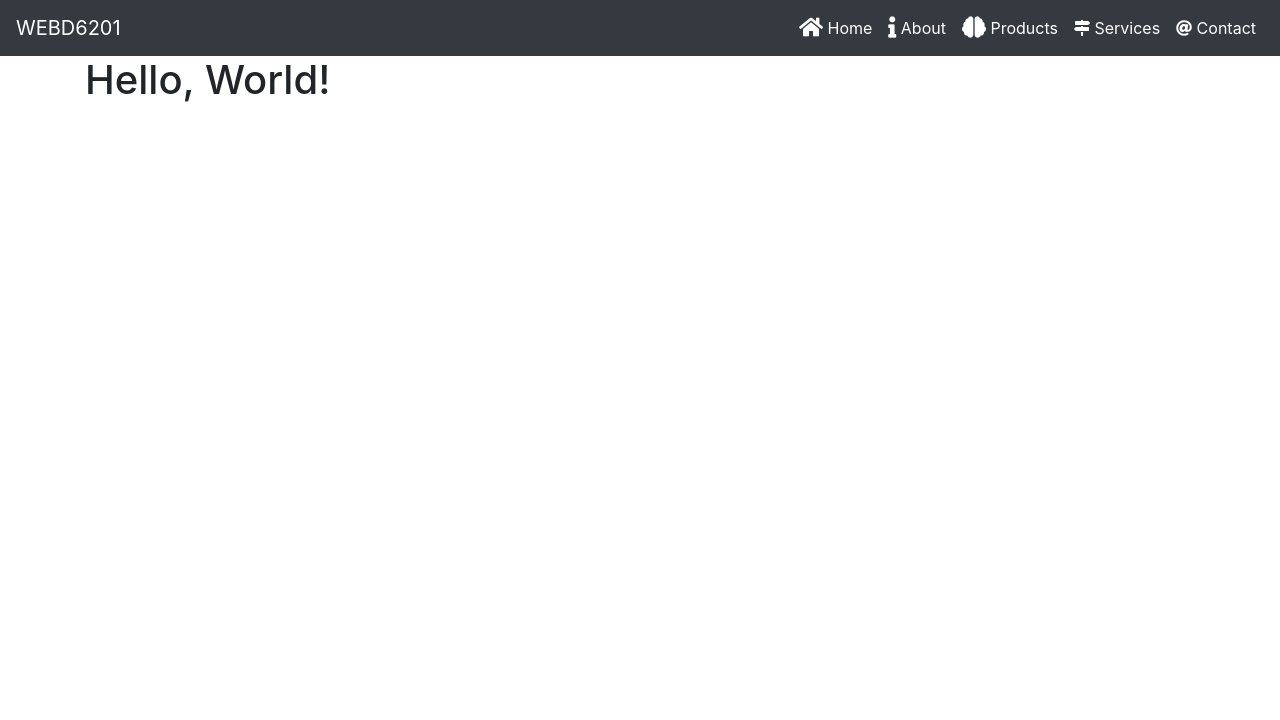
Repository: deividwsantoss/WEBD6201-W2021-Week1-lab1
Page: index.html
These files come from the project's save history. The page is drawn as it stood at one moment and after the next save; the edit follows.
The browser window is 1280 px wide. The pictures show the whole page.

Above is the page before, as saved 2021-02-01 20:35:41.

### index.html
<!DOCTYPE html>
<html lang="en">
<head>
    <meta charset="UTF-8">
    <meta name="viewport" content="width=device-width, initial-scale=1.0">
    <title>Hello, World!</title>
    <!-- CSS SEction -->
    <link rel="stylesheet" href="./node_modules/bootstrap/dist/css/bootstrap.min.css">
    <link rel="stylesheet" href="./node_modules/@fortawesome/fontawesome-free/css/all.min.css">
    <link rel="stylesheet" href="./Content/app.css">
</head>
<body>
    <!-- Main Nav -->
    <header>
    <nav class="navbar navbar-expand-lg navbar-dark bg-dark">
        <a class="navbar-brand" href="#">WEBD6201</a>
        <button class="navbar-toggler" type="button" data-toggle="collapse" data-target="#navbarSupportedContent" aria-controls="navbarSupportedContent" aria-expanded="false" aria-label="Toggle navigation">
          <span class="navbar-toggler-icon"></span>
        </button>
        <div class="collapse navbar-collapse" id="navbarSupportedContent">
          <ul class="navbar-nav ml-auto">

            <li class="nav-item">
              <a class="nav-link active" href="#"><i class="fas fa-home fa-lg"></i> Home <span class="sr-only">(current)</span></a>
            </li>

            <li class="nav-item ">
                <a class="nav-link active" href="#"><i class="fas fa-info fa-lg"></i> About  <span class="sr-only">(current)</span></a>
            </li>
            <li class="nav-item ">
                <a class="nav-link active" href="#"><i class="fas fa-brain fa-lg"></i> Products  <span class="sr-only">(current)</span></a>
            </li>
            <li class="nav-item ">
                <a class="nav-link active" href="#"><i class="fas fa-map-signs"></i> Services  <span class="sr-only">(current)</span></a>
            </li>
            <li class="nav-item ">
                <a class="nav-link active" href="#"><i class="fas fa-at"></i> Contact  <span class="sr-only">(current)</span></a>
            </li>


          </ul>
            </div>
      </nav>
    </header>

        <div class="container">
            <h1>Hello, World!</h1>
        </div>


    <!-- JavaScript Section -->
        <script src="./node_modules/jquery/dist/jquery.min.js"></script>
        <script src="./node_modules/bootstrap/dist/js/bootstrap.bundle.min.js"></script>
        <script src="./Scripts/app.js"></script>
</body>
</html>

### Content/app.css
/* Custom css goes here */

### Scripts/app.js
/* Custom scripts goes here */

//IIFE - Immediately invoked function expression
//AKA: Anonymous Self-Executing Function

(function()
{

    //initialization function
    function Start()
    {
        console.log("App Started...");
    }

    //event listener
    window.addEventListener("load",Start);

})();

Loaded but not shown: node_modules/bootstrap/dist/css/bootstrap.min.css (library); node_modules/@fortawesome/fontawesome-free/css/all.min.css (library); node_modules/jquery/dist/jquery.min.js (library); node_modules/bootstrap/dist/js/bootstrap.bundle.min.js (library)

After the next save:
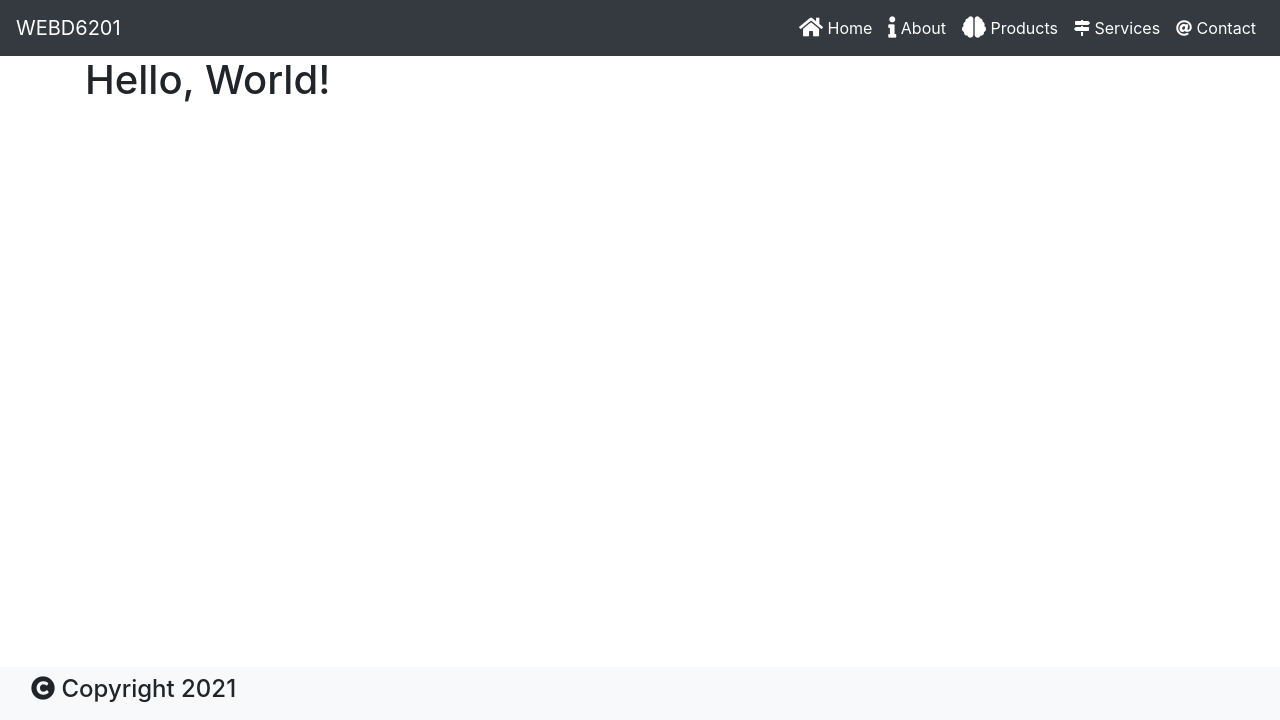
Saved 11 min 7 s later.
--- a/index.html
+++ b/index.html
@@ -36,8 +36,6 @@
             <li class="nav-item ">
                 <a class="nav-link active" href="#"><i class="fas fa-at"></i> Contact  <span class="sr-only">(current)</span></a>
             </li>
-
-
           </ul>
             </div>
       </nav>
@@ -48,6 +46,17 @@
         </div>
 
 
+        <footer>
+            <nav class="navbar fixed-bottom navbar-light bg-light">
+                <div class="container-fluid">
+                  <h4><i class="fas fa-copyright"></i> Copyright 2021 </h4>
+                </div>
+              </nav>
+        </footer>
+
+
+
+
     <!-- JavaScript Section -->
         <script src="./node_modules/jquery/dist/jquery.min.js"></script>
         <script src="./node_modules/bootstrap/dist/js/bootstrap.bundle.min.js"></script>
